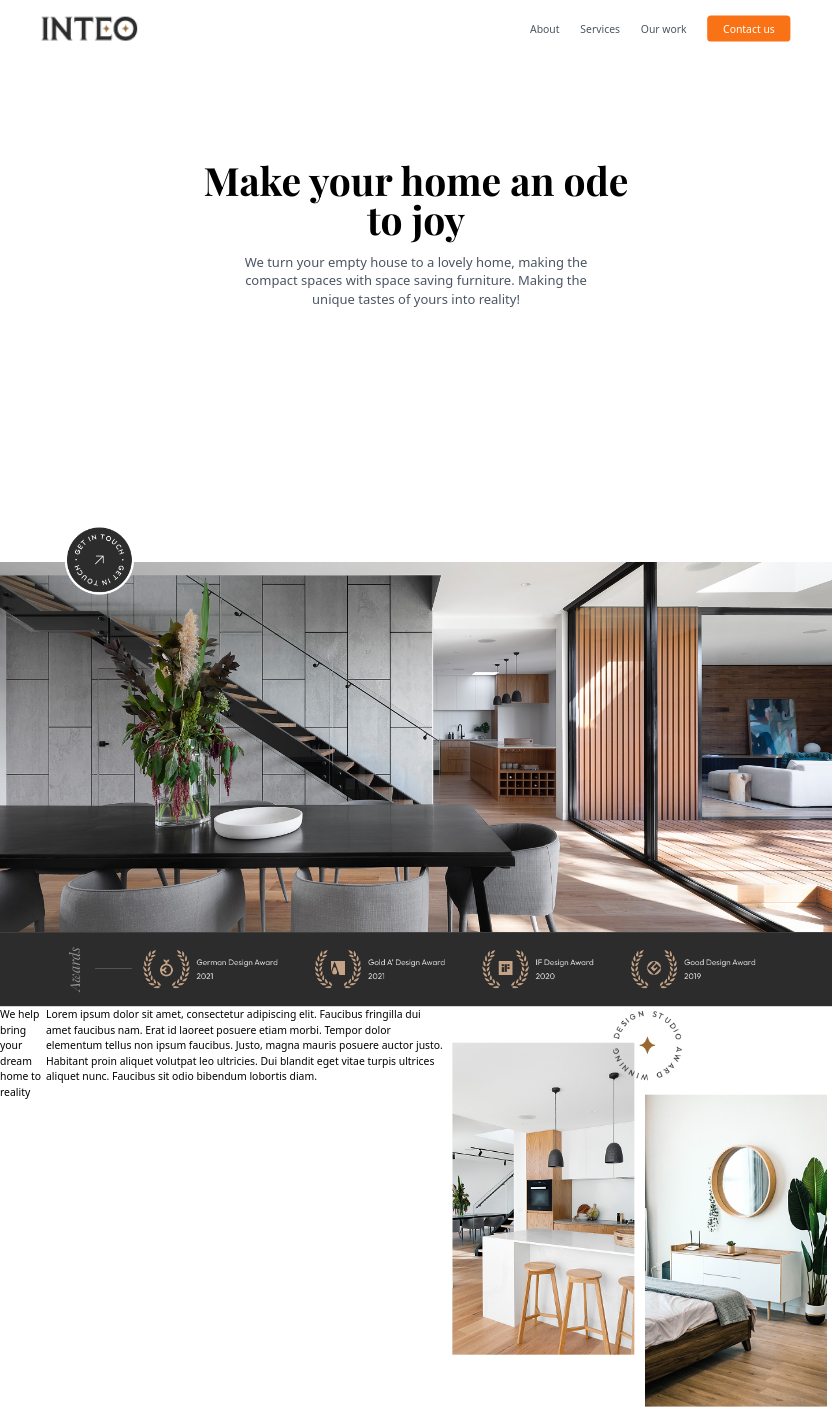
Repository: CatherinneJ/responsive-tailwind-website
Page: tailwind.html
An editor plug-in stored every save of this project. The page is shown before and after the next save, followed by the edit.
The browser window is 1280 px wide. The pictures show the whole page, at 65% of full size.
Some web libraries are served in a nearby version.

Above is the page before, as saved 2025-05-20 18:52:09.

After the next save:
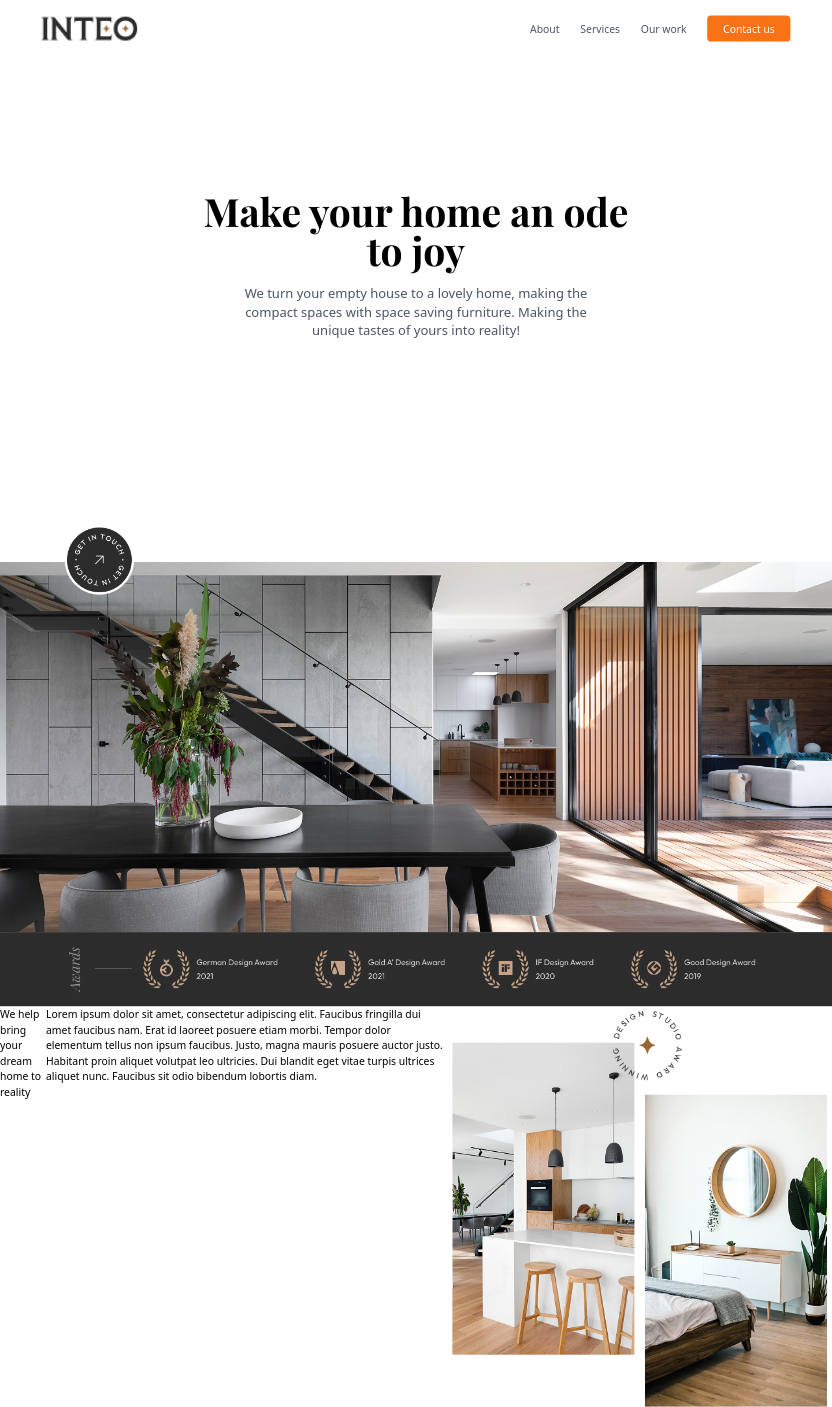
Saved 19 s later.
--- a/tailwind.html
+++ b/tailwind.html
@@ -33,8 +33,6 @@
         <p class="text-lg md:text-xl text-gray-600 mb-12 md:mb-20 max-w-xl">
             We turn your empty house to a lovely home, making the compact spaces with space saving furniture. Making the unique tastes of yours into reality!
         </p>
-
-        <div class="grid grid-cols-1 md:grid-cols-3 gap-8 mb-16 md:mb-24">
             <div>
     </section>
     <section>
